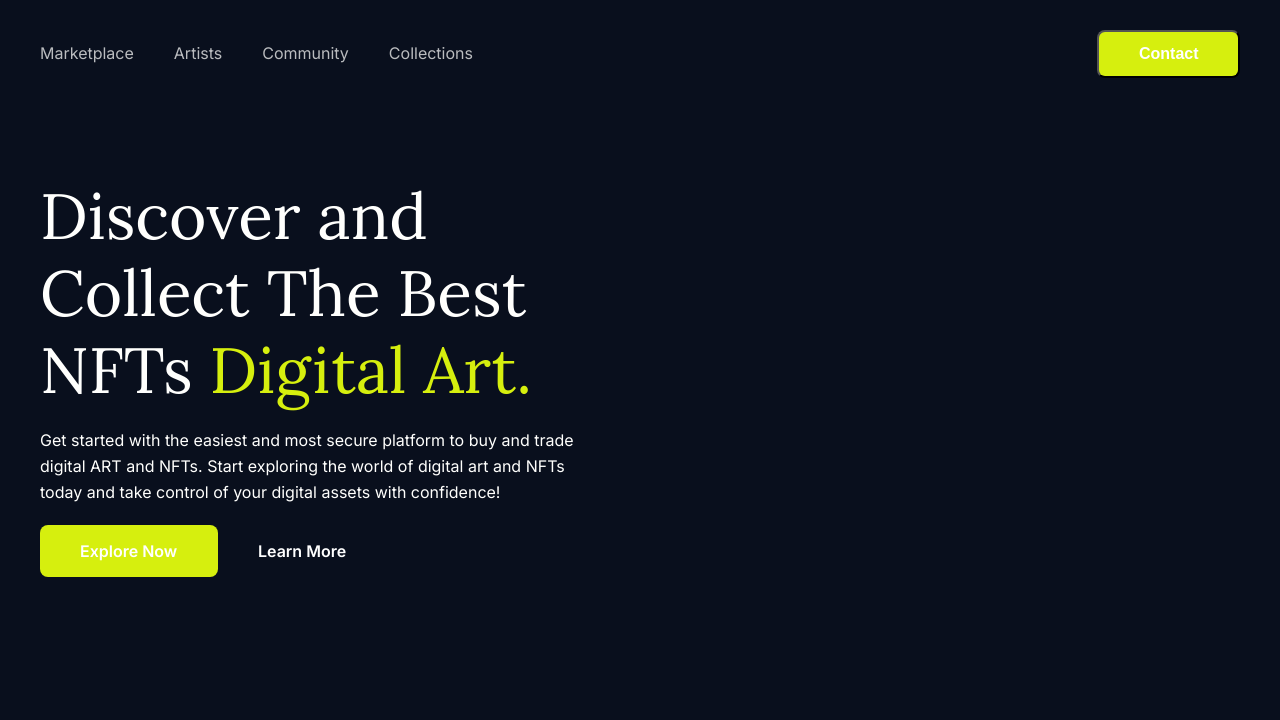
Repository: Kamron5505/NftMarketplace
Page: index.html
The author's editor kept a copy of each file at every save. The page is drawn from the files as they stood at one save, then again after the next save.
The browser window is 1280 px wide. The pictures show the whole page.

Above is the page before, as saved 2025-07-08 13:26:29.

After the next save:
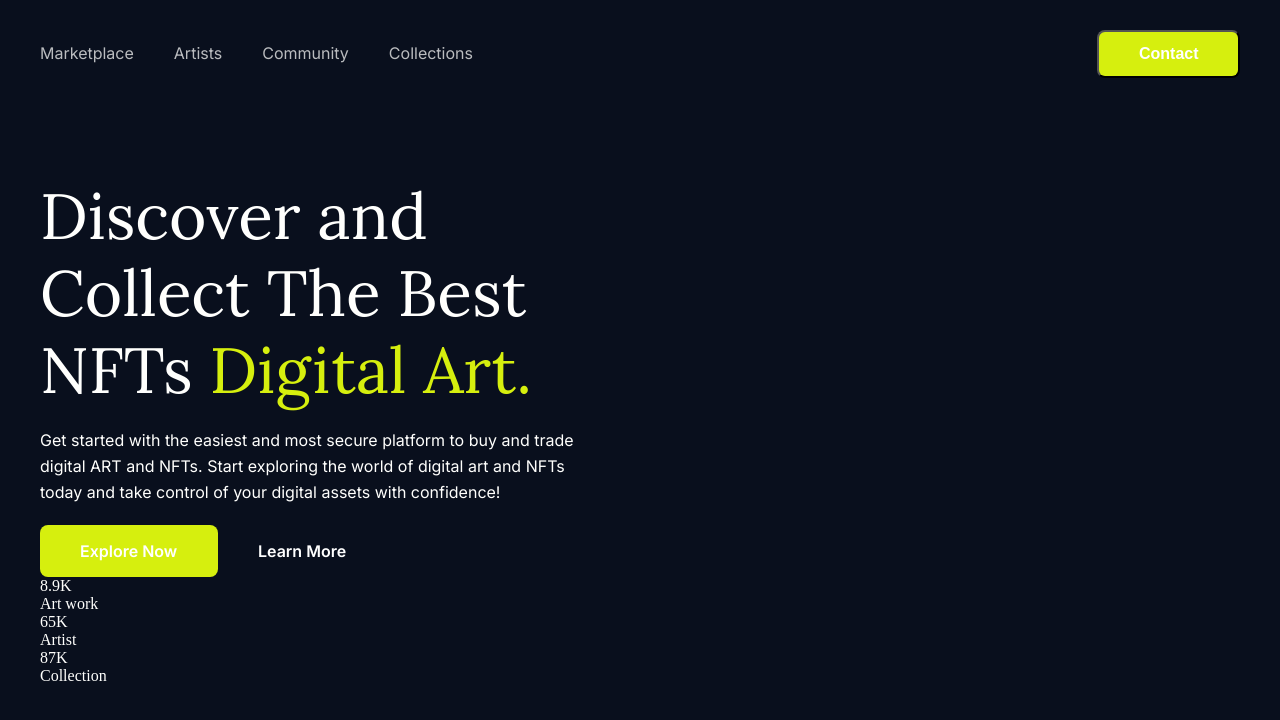
Saved 8 s later.
--- a/index.html
+++ b/index.html
@@ -48,7 +48,7 @@
                             <a href="#" class="btn btn-secondary">Learn More</a>
                         </div>
 
-                        <!-- <div class="stats">
+                        <div class="stats">
                             <div class="stat">
                                 <div class="number">8.9K</div>
                                 <div class="label">Art work</div>
@@ -62,7 +62,7 @@
                                 <div class="label">Collection</div>
                             </div>
                         </div>
-                    </div> -->
+                    </div>
                         <!-- <div class="content-right">
                         <div class="card">
                             <img src="nft-image.jpg" alt="NFT Image" class="card-image">
